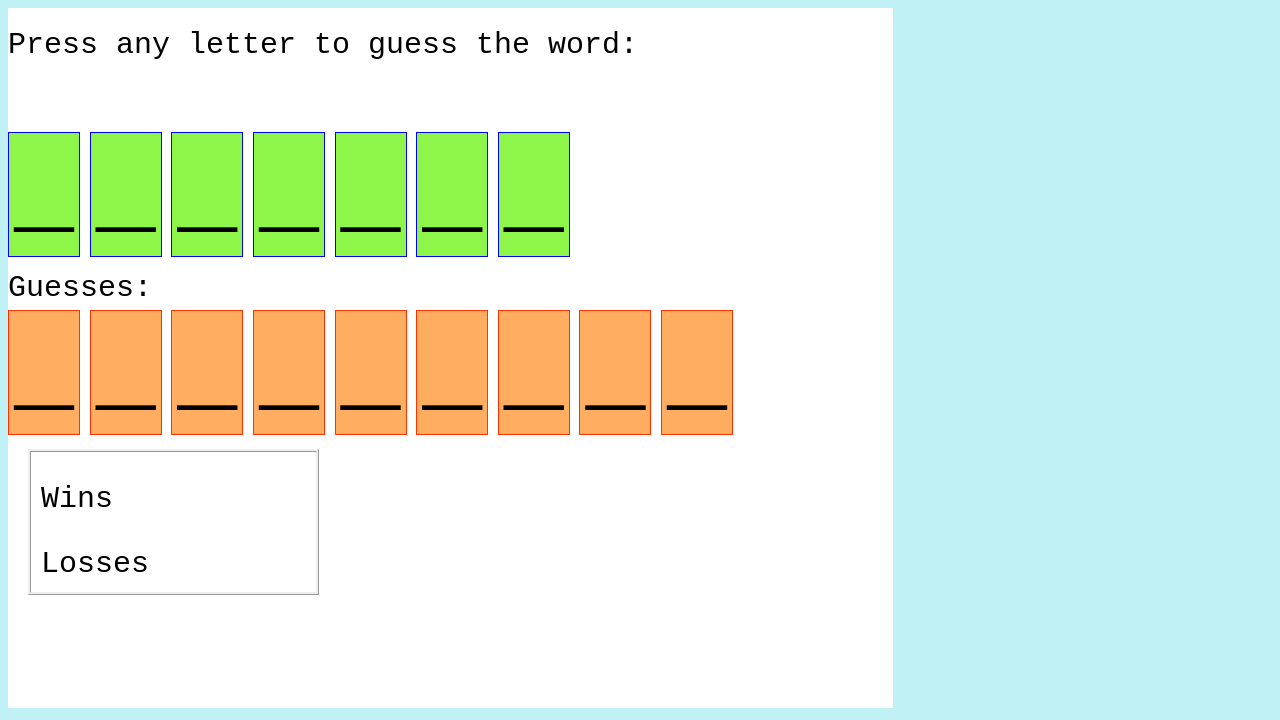
Repository: dsaftler/JavaScript
Page: index.html
These files come from the project's save history. The page is drawn as it stood at one moment and after the next save; the edit follows.
The browser window is 1280 px wide. The pictures show the whole page.

Above is the page before, as saved 2019-03-30 23:37:20.

### index.html
<!DOCTYPE html>
<html lang="en">
<head>
  <meta charset="UTF-8">
  <meta name="viewport" content="width=device-width, initial-scale=1.0">
  <meta http-equiv="X-UA-Compatible" content="ie=edge">
  <link href="https://fonts.googleapis.com/css?family=Ubuntu+Mono" rel="stylesheet">
  <link rel="stylesheet" href="assets\css\style.css">

  <title>JavaScript Hangman Game</title>
</head>
<body>
    <div class="container">
        <div class="instructions showtext">Press any letter to guess the word: </div>

         <div class="showtext" id="correctWord" ></div>



         <div class="letter match" id="chr_0">_</div>
         <div class="letter match" id="chr_1">_</div>
         <div class="letter match" id="chr_2">_</div>
         <div class="letter match" id="chr_3">_</div>
         <div class="letter match" id="chr_4">_</div>
         <div class="letter match" id="chr_5">_</div>
         <div class="letter match" id="chr_6">_</div>


        <div class="showtext" id="showRemaining">Guesses: </div>

        <div class="letter guessed" id="guess_0">_</div>
        <div class="letter guessed" id="guess_1">_</div>
        <div class="letter guessed" id="guess_2">_</div>
        <div class="letter guessed" id="guess_3">_</div>
        <div class="letter guessed" id="guess_4">_</div>
        <div class="letter guessed" id="guess_5">_</div>
        <div class="letter guessed" id="guess_6">_</div>
        <div class="letter guessed" id="guess_7">_</div>
        <div class="letter guessed" id="guess_8">_</div>


      <div class="score">
      <div class="showtext" id="showWins">Wins</div>
      <div class="showtext" id="showLosses">Losses</div>

    </div>

    <script type="text/javascript" src="assets/javascript/game.js"></script>


</body>
</html>

### assets/css/style.css
body {font-family: 'Ubuntu+Mono',monospace, sans-serif;
  font-weight: 400;
  background-color: rgb(192, 241, 245);
  height: 600px;
}
.container {width:70%;
  max-width: 960px;

 /* background-image: "url('assets/images/Hangman.png')";  */
 background-color: white;
 height:700px;
 }
 .showtext {height:35px;
  padding: 20px 0 10px;
  font-size: 30px;
 }
.letter {font-size: 100px;
  display: inline;
  padding: 5px;}
.match {
  border: 1px solid blue;
  background-color: rgb(142, 245, 73)}
.guessed {
  font-weight: 100;
  border: 1px solid #ff3300;
  background-color: rgb(255, 173, 96)}
.floater {

}
.score{
  margin-top: 20px;
  margin-left: 20px;
  padding:10px;
  height:120px;
  width: 30%;
  border-style: ridge}

### assets/javascript/game.js

// Variables
var wordArr
var cntWins,
  curCntGuess,
  ltr_0,
  ltr_1,
  ltr_2,
  ltr_3,
  ltr_4,
  ltr_5,
  ltr_6;

 var ltrTried_0,
  ltrTried_1,
  ltrTried_2,
  ltrTried_3,
  ltrTried_4,
  ltrTried_5,
  ltrTried_6,
  ltrTried_7,
  ltrTried_8,
  ltrTried_9 ;

var maxGuesses=9,
   cntWins=0,
   cntLosses=0;
var userGuess;
// within the game
// while wordArr.length>0
//while (wordArr.length>0) {
var curPtr,curCntGuess,
  curLetter,curWord,myWord,
  badGuess, curWordArr,builtWord,
  isFound,
  curPtr=0,
  firstTime=true;

  console.log('firstTime:' +firstTime)
  wordArr= ["unicorn","griffin","dragon","mermaid","centaur","pegasus"];
initGame();

document.onkeydown = function(event){
  isFound=false
  // Determines which key was pressed.
  var userGuess = event.key;
  userGuess=userGuess.toLowerCase()
  console.log("userGuess: "+userGuess);
  // is userGuess already in badGuess
  //showValue("curGuess",userGuess);

  for (let i=0; i<badGuess.length; i++) {
        //See if that letter was already chosen by parsing badGuess
    if (badGuess[i]===userGuess){
      //alert("You alread guessed "+userGuess)
      isFound=true
    }
  }
                //see if it's in the target word
                // for every letter in curWord, see if that letter exists at that index  charAt(index)
  console.log("curWordArr "+curWordArr)
  if (!isFound)
  {
    for (let i=0; i<curWordArr.length; i++)
    {
                  //if index [j]is blank and matches our guess

      if (curWordArr[i]===userGuess)
      {
        console.log("curWordArr "+i+'='+curWordArr[i])
        builtWord[i]=userGuess
                 //set getElementId for that index (see if I can create a variable "ltr_"+(toString([j]))
        //id="chr_0"
        el='chr_'+i
        showValue(el,userGuess)
        //getElementById(el).textContent:userGuess;
        isFound=true
      }
    }
  }
  if (!isFound)
  {
    el="guess_"+badGuess.length;
    showValue(el,userGuess)  ;
    // push to badGuess
      badGuess.push(userGuess);
      console.log("badGuess: "+badGuess)
      curCntGuess++
      console.log("curCntGuess :" +curCntGuess)
      // push content for ltrTried ids
      // show content for badguesses
  }



  if (curCntGuess>=maxGuesses){
      //alert('You lost')
      cntLosses++;
      showValue("showLosses","Losses   "+cntLosses)
      showValue("correctWord","The Word was  "+curWord)
      nextWord()
  } else {
    if (collapseArray()===curWord){
      //alert("You won")
      cntWins++;
      showValue("showWins","Wins   "+cntWins)
      showValue("correctWord","The Word was  "+curWord)

      nextWord()
    } else {
      myWord=''
    }
  }

}


function initGame(){
  allLetters = document.querySelectorAll('.letter');
  allLetters.forEach(element => {
    element.textContent = '_';
  });
  curCntGuess = 0;
  curLetter="";
  curWord="";
  myWord="";
  badGuess = [];
  curWordArr=[];
  builtWord=[];
  console.log("WordArr aft: "+wordArr)
  console.log("wordArr.length: "+wordArr.length)
  curPtr=getRandomPtr(wordArr.length); //0
  console.log("curPtr: "+curPtr)
  //curWordArr = array the word at that index
  curWord=wordArr[curPtr];   //unicorn
  console.log("curWord: "+curWord)
  for (let i=0; i<curWord.length; i++){
    myLetter=curWord.charAt([i]);
    //console.log(myLetter);
    curWordArr.push(myLetter);
  }
  //clear the ltrTried & ltr elements
  //console.log(curPtr);
  //console.log(curWord);
  console.log("curWordArr "+curWordArr)
}

function nextWord(){
  console.log("Word Arr b4: " +wordArr)
  wordArr.splice(curPtr,1)
  if (wordArr.length===0){
    //alert("End of Game")
  }else{
    initGame()
  }
}
function showValue(thisId,thisValue){
  var target=document.getElementById(thisId);
  console.log(thisValue)
  console.log(thisId)
  target.innerHTML=thisValue;
}
function addValue(thisId,thisValue){
  var target=document.getElementById(thisId);
  target.innerHTML=target.innerHTML+"      " +thisValue;
}
function collapseArray(){

  for (let k=0; k<builtWord.length; k++) {
    localVal=builtWord[k]
    if (typeof(localVal)!='undefined') {
   // console.log("myWord length: "+myWord.length+ " K is "+localVal)
    myWord=myWord+localVal
   //console.log("myWord "+myWord)
    }
  }
  return myWord
}


function getUserGuess() {
  var userGuess= document.getElementById("getKeyPress");
  userGuess=userGuess.toLowerCase();


  }



function getRandomPtr(max) {
      return Math.floor(Math.random() * Math.floor(max));
      // this will return 0 through max-1
}
function getRandomInt(max) {
  return getRandomPtr(max)+1
  // this will return 1 through max
}

After the next save:
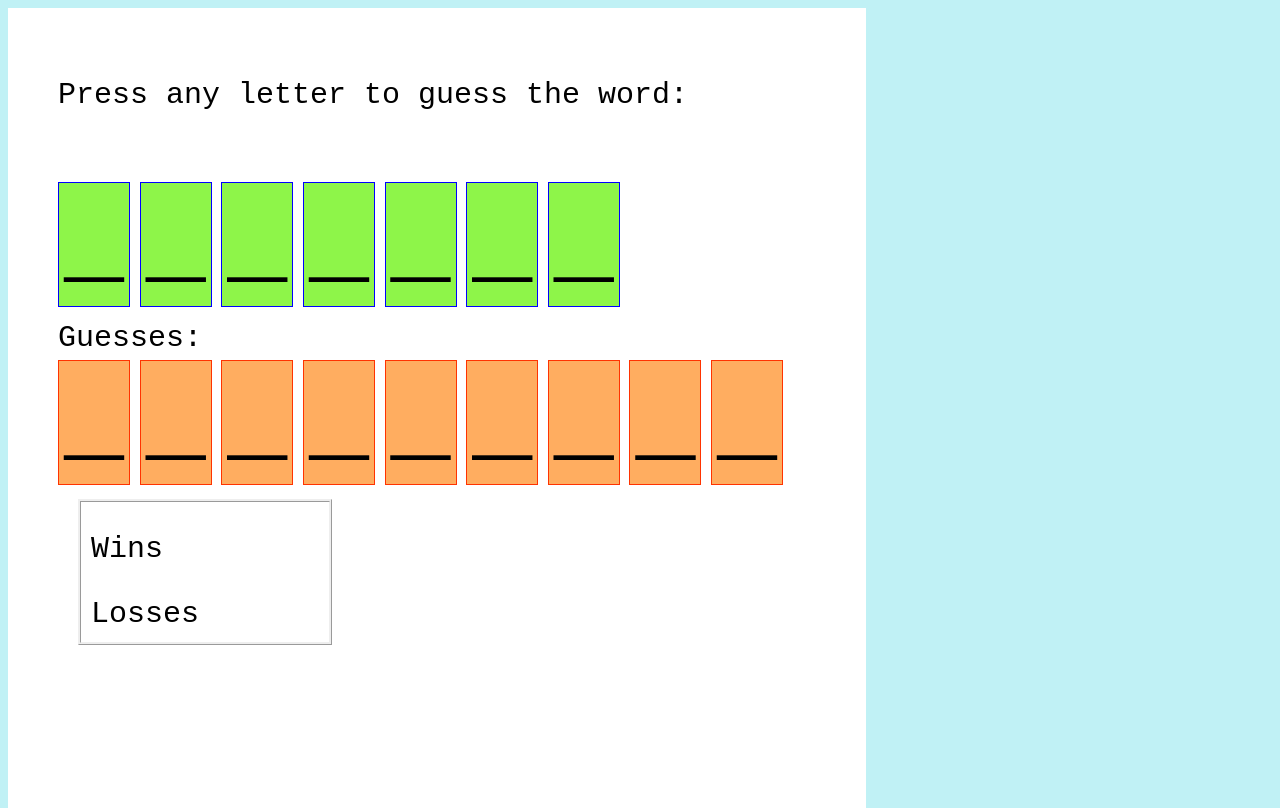
Saved 4 min 6 s later.
--- a/assets/css/style.css
+++ b/assets/css/style.css
@@ -3,12 +3,13 @@ body {font-family: 'Ubuntu+Mono',monospace, sans-serif;
   background-color: rgb(192, 241, 245);
   height: 600px;
 }
-.container {width:70%;
+.container {width:60%;
   max-width: 960px;
 
  /* background-image: "url('assets/images/Hangman.png')";  */
  background-color: white;
  height:700px;
+ padding: 50px;
  }
  .showtext {height:35px;
   padding: 20px 0 10px;
